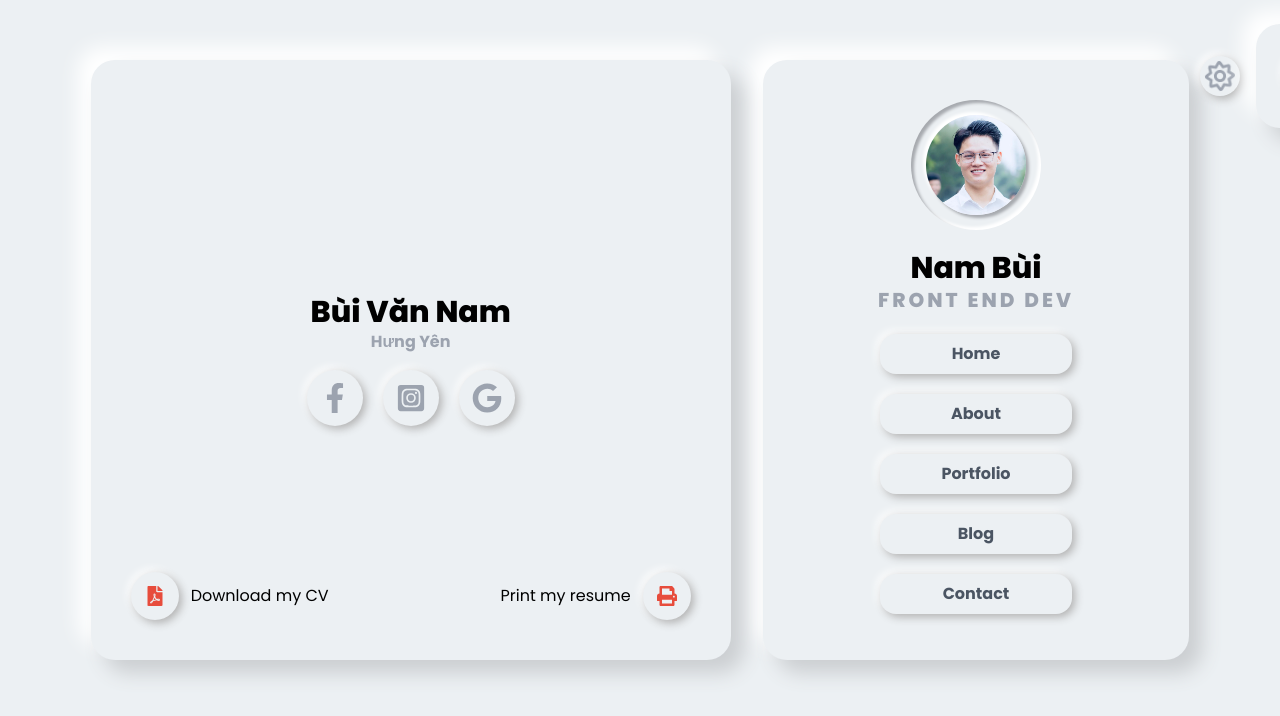
Repository: nambui98/profile_v2
Page: /
The author's editor kept a copy of each file at every save. The page is drawn from the files as they stood at one save, then again after the next save.
The browser window is 1280 px wide. The pictures show the whole page.
The project was rebuilt for these pictures with package versions that can differ from the ones it lists, and the page was loaded fresh each time.

Above is the page before, as saved 2022-03-11 14:27:29.

### src/index.tsx
import React from 'react';
import ReactDOM from 'react-dom';
import './index.scss';
import App from './App';
import reportWebVitals from './reportWebVitals';
import { ThemeProvider } from './containers/ThemeContext';
import Background from './containers/Background';
import Toggle from './containers/ThemeToggle';
import Setting from './containers/Setting';
import { Example } from './components/menu/example';

ReactDOM.render(
  <React.StrictMode>
    <ThemeProvider>
      <Background>
        <div className="fixed right-0 top-0 mr-4 mt-2 md:mt-6 z-10">
          <Setting />
        </div>
        <Example />
        <App />
      </Background>
    </ThemeProvider>
  </React.StrictMode>,
  document.getElementById('root')
);

// If you want to start measuring performance in your app, pass a function
// to log results (for example: reportWebVitals(console.log))
// or send to an analytics endpoint. Learn more: https://bit.ly/CRA-vitals
reportWebVitals();

### src/index.scss
@tailwind base;
@tailwind components;
@tailwind utilities;
@import url('https://fonts.googleapis.com/css2?family=Poppins:wght@100;200;300;400;500;600;700;800;900&display=swap');
* {
    padding: 0;
    margin: 0;
}
@layer utilities {
    .btn-shadow{
    box-shadow: 3px 3px 8px #b1b1b1,
                -3px -3px 8px #fff;
    // width: 50px;
    // height: 50px;
    cursor: pointer;
    position: relative;
    display: flex;
    justify-content: center;
    align-items: center;
    outline:none;
    -webkit-tap-highlight-color: transparent;
    &:focus{
         outline:none;
         border-radius: 50%;
    }
    svg{
        transition: all 0.3s ease-in-out;
    }
    &::after{
        content: '';
        transition: opacity 0.3s ease-in-out;
        position: absolute;
        right: 0;
        top: 0;
        z-index: 2;
        width: 100%;
        height: 100%;
        opacity: 0;
        border-radius: inherit;
        outline:none;
        box-shadow:inset 3px 3px 8px #b1b1b1,
                inset -3px -3px 8px #fff;

    }
    &.fb{
        &:hover{
            box-shadow:none;
            &::after{
                opacity: 1;
            }
            svg{
                fill: #4267B2;
            }
        }
    }
     &.itg{
        &:hover{
            box-shadow:none;
            &::after{
                opacity: 1;
            }
            svg{
                fill: #e74c3c;
            }
        }
    }
    &.gg{
        &:hover{
            box-shadow:none;
            &::after{
                opacity: 1;
            }
            svg{
                fill: #4267B2;
            }
        }
    }
    &:hover{
        box-shadow:none;
        &::after{
            opacity: 1;
        }
        svg{
            fill: #e74c3c;
        }
    }
    &-dark{
        box-shadow: 5px 5px 10px #202020,
             -5px -5px 10px #2c2c2c;
        &::after{
            box-shadow:inset 5px 5px 10px #202020,
        inset -5px -5px 10px #2c2c2c;
        }
        &-50{
            box-shadow:  4px 4px 8px #202020,
                        -4px -4px 8px #2c2c2c;
                        &::after{
            box-shadow:inset 5px 5px 10px #202020,
        inset -5px -5px 10px #2c2c2c;

        }
         &:hover{
        box-shadow:none;
        &::after{
            opacity: 1;
        }
        svg{
            fill: #e74c3c;
        }
    }
        }
         &:hover{
        box-shadow:none;
        &::after{
            opacity: 1;
        }
        svg{
            fill: #e74c3c;
        }
    }
    }
}

.btn-shadow-darklight{
    box-shadow: 3px 3px 8px #b1b1b1,
                -3px -3px 8px #fff;
    // width: 50px;
    // height: 50px;
    cursor: pointer;
    position: relative;
    display: flex;
    justify-content: center;
    align-items: center;
    transition: all 0.3s ease-in-out;
    svg{
        transition: all 0.3s ease-in-out;
    }
    &::after{
        content: '';
        position: absolute;
        right: 0;
        top: 0;
        z-index: 2;
        width: 100%;
        height: 100%;
        opacity: 0;
        border-radius: 50%;
        box-shadow:inset 3px 3px 8px #b1b1b1,
                inset -3px -3px 8px #fff;

    }
    &:hover{
        box-shadow:none;
        &::after{
            opacity: 1;
        }
        svg{
            &.light{

                fill: #FCD34D;
            }
            &.dark{
                fill: #000;

            }
        }
    }
}
.wrap-avatar{
    display: flex;
    align-items: center;
    justify-content: center;
    width: 130px;
    height: 130px;
    border: none;
    border-radius: 50%;
    margin: 0 auto;
    box-shadow:
    inset 3px 3px 3px #a7aaaf,
    /* top left */
    inset -3px -3px 3px #fff;
    &-dark{
        box-shadow: inset 5px 5px 10px #202020, inset -5px -5px 10px #2c2c2c;
        img{
            box-shadow: 5px 5px 10px #202020,
             -5px -5px 10px #2c2c2c;
        }
    }
    .avatar{
        position: relative;
        // margin: 30px;
        width: 100px;
        height: 100px;
        img{
            position: absolute;
            top: 0;
            left: 0;
            height: 100%;
            width: 100%;
            object-fit: cover;
            border-radius: 50%;
            box-shadow:
            3px 3px 3px #a7aaaf,
            -3px -3px 3px #fff
        }
    }
}
.t-8{
    top:2rem;
}
}
.bg-app{
    background-color: #ecf0f3;
}





.setting{
    position: absolute !important;
}
.btn-shadow_action{
    border: none;
    color: #090909;
    padding: 0.7em 1.7em;
    font-size: 18px;
    border-radius: 0.5em;
    background: #e8e8e8;
    border: 1px solid #e8e8e8;
    transition: all .3s;
    box-shadow: 6px 6px 12px #c5c5c5,
                -6px -6px 12px #ffffff;
                &:hover{
                    color: #666;
 box-shadow: inset 4px 4px 12px #c5c5c5,
             inset -4px -4px 12px #ffffff;
                }
}

### src/App.tsx
import React from 'react';
import logo from './logo.svg';
import { FaFacebookF, FaFilePdf, FaGoogle, FaInstagram, FaInstagramSquare, FaPrint, FaRegSun } from "react-icons/fa";
import './App.scss';
import { Avatar } from './assets';
const colors = require('tailwindcss/colors')
function App() {
  return (
    <div className="App">
      <div className="flex h-screen w-screen items-center justify-center">
        <div className="flex w-full items-start justify-center" style={{ height: "600px" }}>
          <div className="relative rounded-3xl md:w-6/12 sm:w-10/12 smx:w-10/12 p-6 h-full mx-4 bg-app dark:bg-neutral-800 shadow-3xl dark:shadow-3xl-dark flex justify-center items-center flex-col">
            <h1 className="text-black dark:text-white text-3xl text-center font-extrabold">Bùi Văn Nam</h1>
            <p className="text-gray-400 dark:text-white tracking-widest font-bold">Hưng Yên</p>
            <div className="flex mt-4">
              <a href='https://www.facebook.com/songoku.bui/' target="_blank" className="btn-shadow dark:btn-shadow-dark fb rounded-full text-center w-14 h-14"><FaFacebookF className="text-3xl" fill={colors.coolGray[400]} /></a>
              <a href='https://www.instagram.com/nambui27/' target="_blank" className="btn-shadow dark:btn-shadow-dark itg rounded-full text-center w-14 h-14 mx-5"><FaInstagramSquare className="text-3xl" fill={colors.coolGray[400]} /></a>
              <a href='mailto:bvnam98@gmail.com' target="_blank" className="btn-shadow dark:btn-shadow-dark gg rounded-full text-center w-14 h-14"><FaGoogle className="text-3xl" fill={colors.coolGray[400]} /></a>
            </div>
            <div className="absolute bottom-10 2xl:right-20 2xl:left-20 md:right-10 md:left-10 flex items-center justify-between">
              <span className="flex items-center">
                <a
                  href='https://www.topcv.vn/xem-cv/UwJcB1FVVgBUCw5SAlpSBAtTBFJVXwlUVwJTVw0902'
                  className="btn-shadow dark:btn-shadow-dark rounded-full text-center w-12 h-12"
                ><FaFilePdf className="text-xl" fill={"#e74c3c"} />
                </a>
                <span className="ml-3 dark:text-white">Download my CV</span></span>
              <span className="flex flex-row-reverse items-center"><button className="btn-shadow dark:btn-shadow-dark rounded-full text-center w-12 h-12"><FaPrint className="text-xl" fill={"#e74c3c"} /></button><span className="mr-3 dark:text-white">Print my resume</span></span>
            </div>
          </div>
          <div className="rounded-3xl w-4/12 md:flex sm:hidden smx:hidden h-full mx-4 bg-app shadow-3xl dark:bg-neutral-800 dark:shadow-3xl-dark flex items-center flex-col py-10 px-6">
            <div className="wrap-avatar dark:wrap-avatar-dark">
              <div className="avatar">
                <img src={Avatar} alt="" />
              </div>
            </div>
            <h1 className="text-black dark:text-white font-extrabold tracking-widest text-3xl mt-5">Nam Bùi</h1>
            <h1 className="text-gray-400 dark:text-white font-extrabold tracking-max text-xl">FRONT END DEV</h1>
            <ul>
              <li className="text-gray-600 dark:text-white font-bold btn-shadow dark:btn-shadow-dark w-48 h-10 rounded-2xl mt-5">Home</li>
              <li className="text-gray-600 dark:text-white font-bold btn-shadow dark:btn-shadow-dark w-48 h-10 rounded-2xl mt-5">About</li>
              <li className="text-gray-600 dark:text-white font-bold btn-shadow dark:btn-shadow-dark w-48 h-10 rounded-2xl mt-5">Portfolio</li>
              <li className="text-gray-600 dark:text-white font-bold btn-shadow dark:btn-shadow-dark w-48 h-10 rounded-2xl mt-5">Blog</li>
              <li className="text-gray-600 dark:text-white font-bold btn-shadow dark:btn-shadow-dark w-48 h-10 rounded-2xl mt-5">Contact</li>
            </ul>
          </div>

        </div>
      </div>
    </div>
  );
}

export default App;

### src/containers/ThemeContext/index.tsx
import React, { createContext, useContext } from 'react';
export enum Theme {
    Dark = 'Dark',
    Light = 'Light',
}

export type ThemeContextType = {
    theme: Theme;
    setTheme: (Theme: Theme) => void;
}
const getInitialTheme = () => {
    if (typeof window !== 'undefined' && window.localStorage) {
        const storedPrefs = window.localStorage.getItem('color-theme');
        if (typeof storedPrefs === 'string') {
            return storedPrefs;
        }

        const userMedia = window.matchMedia('(prefers-color-scheme: dark)');
        if (userMedia.matches) {
            return 'dark';
        }
    }

    return 'light' // light theme as the default;
};

export const ThemeContext = createContext<ThemeContextType>({ theme: Theme.Dark, setTheme: theme => console.warn('no theme provider') });
export const useTheme = () => useContext(ThemeContext);
export const ThemeProvider = ({ initialTheme, children }: any) => {
    const [theme, setTheme] = React.useState<any>(getInitialTheme);

    const rawSetTheme = (rawTheme: any) => {
        const root = window.document.documentElement;
        const isDark = rawTheme === 'dark';

        root.classList.remove(isDark ? 'light' : 'dark');
        root.classList.add(rawTheme);

        localStorage.setItem('color-theme', rawTheme);
    };

    if (initialTheme) {
        rawSetTheme(initialTheme);
    }

    React.useEffect(() => {
        rawSetTheme(theme);
    }, [theme]);

    return (
        <ThemeContext.Provider value={{ theme, setTheme }}>
            {children}
        </ThemeContext.Provider>
    );
};

### src/containers/Background/index.jsx
import React from 'react';

const Background = ({ children }) => {
    return (
        <body className="bg-app dark:bg-neutral-800 transition-all">
            {children}
        </body>
    )
}

export default Background;

### src/containers/Setting/index.jsx
import React, { useState } from 'react'
import { FaMoon, FaRegSun, FaSun } from 'react-icons/fa'
import colors from 'tailwindcss/colors'
import { ThemeContext } from '../ThemeContext';
import vietnamimg from '../../assets/img/vietnam.png'
import usaimg from '../../assets/img/united-states.png'
export default function Setting() {
    const { theme, setTheme } = React.useContext(ThemeContext);
    const [active, setActive] = useState(false)
    return (<div className={`relative transform duration-500 ${active ? "translate-x-0" : "translate-x-40"}`}>
        <button className="btn-shadow dark:btn-shadow-dark-50 bg-app dark:bg-neutral-800 setting -left-56 top-8 rounded-full text-center w-10 h-10" onClick={() => setActive(!active)}>
            <FaRegSun class="animate-spin duration-1000 text-3xl" style={{ animationDuration: "2s" }} fill={colors.coolGray[400]} />
        </button>
        <div className={`absolute top-0 right-0 rounded-3xl flex justify-between p-7 shadow-3xl bg-app dark:bg-neutral-800 dark:shadow-3xl-dark`} >
            {/* <div className={`absolute `}> */}

            <button className="mr-2 btn-shadow dark:btn-shadow-dark-50 btn-setting rounded-full text-center w-12 h-12" onClick={() => setTheme(theme === 'dark' ? 'light' : 'dark')}>
                {theme === 'dark' ? (
                    <FaSun
                        className="text-gray-500 dark:text-gray-400 text-2xl cursor-pointer dark"
                    />
                ) : (
                    <FaMoon
                        className="text-gray-500 dark:text-gray-400 text-2xl cursor-pointer light"
                    />
                )}
            </button>
            <button className="ml-2 btn-setting rounded-full text-center w-12 h-12">
                <img src={vietnamimg} alt="" />
                {/* <FaRegSun class="animate-spin duration-1000 text-3xl" style={{ animationDuration: "2s" }} fill={colors.coolGray[400]} /> */}
            </button>
            {/* </div> */}
        </div>
    </div>
    )
}

### src/components/menu/example.jsx
import * as React from "react";
import { useRef } from "react";
import { motion, useCycle } from "framer-motion";
import { useDimensions } from "./use-dimentions";
import { MenuToggle } from "./menuToggle";
import { Navigation } from "./navigation";
import "./styles.scss"

const sidebar = {
  open: (height = 1000) => ({
    clipPath: `circle(${height * 2 + 200}px at 40px 40px)`,
    transition: {
      type: "spring",
      stiffness: 20,
      restDelta: 2
    }
  }),
  closed: {
    clipPath: "circle(30px at 40px 40px)",
    transition: {
      delay: 0.5,
      type: "spring",
      stiffness: 400,
      damping: 40
    }
  }
};

export const Example = () => {
  const [isOpen, toggleOpen] = useCycle(false, true);
  const containerRef = useRef(null);
  const { height } = useDimensions(containerRef);

  return (
    <motion.nav
      initial={false}
      animate={isOpen ? "open" : "closed"}
      custom={height}
      className="menu dark:menu-dark sm:block md:hidden"
      ref={containerRef}
    >
      <motion.div className="background" variants={sidebar} />
      <Navigation />
      <MenuToggle toggle={() => toggleOpen()} />
    </motion.nav>
  );
};

### src/assets/index.ts
import Avatar from './img/Logo.jpg'
export {
    Avatar
}

### src/components/menu/menuToggle.jsx
import * as React from "react";
import { motion } from "framer-motion";
import { ThemeContext } from "../../containers/ThemeContext";

const Path = props => {
  const { theme, setTheme } = React.useContext(ThemeContext);
  return (

    <motion.path
      fill=""
      strokeWidth="3"
      stroke={theme === 'dark' ? "#fff" : "#262626"}
      strokeLinecap="round"
      {...props}
    />
  )
};

export const MenuToggle = ({ toggle }) => (
  <button onClick={toggle} className="btn-shadow dark:btn-shadow-dark t-8">
    <svg width="23" height="23" viewBox="0 0 23 23" fill="#fff">
      <Path
        fill="#fff"
        variants={{
          closed: { d: "M 2 2.5 L 20 2.5" },
          open: { d: "M 3 16.5 L 17 2.5" }
        }}
      />
      <Path
        d="M 2 9.423 L 20 9.423"
        variants={{
          closed: { opacity: 1 },
          open: { opacity: 0 }
        }}
        transition={{ duration: 0.1 }}
      />
      <Path
        variants={{
          closed: { d: "M 2 16.346 L 20 16.346" },
          open: { d: "M 3 2.5 L 17 16.346" }
        }}
      />
    </svg>
  </button>
);

### src/components/menu/navigation.jsx
import * as React from "react";
import { motion } from "framer-motion";
import { MenuItem } from "./menuItem";

const variants = {
  open: {
    transition: { staggerChildren: 0.07, delayChildren: 0.2 }
  },
  closed: {
    transition: { staggerChildren: 0.05, staggerDirection: -1 }
  }
};

export const Navigation = () => (
  <motion.ul className="" variants={variants}>
    {itemIds.map((item, index) => (
      <MenuItem i={index} key={index} item={item} />
    ))}
  </motion.ul>
);

const itemIds = [
  {
    path: "/",
    name: "Home"
  },
  {
    path: "/",
    name: "About"
  },
  {
    path: "/",
    name: "Portfolio"
  },
  {
    path: "/",
    name: "Blog"
  },
  {
    path: "/",
    name: "Contact"
  },
];

### src/components/menu/styles.scss
@tailwind base;
@tailwind components;
@tailwind utilities;
@layer utilities {

  .menu{
      nav {
        position: absolute;
        top: 0;
        left: 0;
        bottom: 0;
        width: 300px;

      }
      &-dark{
        .background{

          background: #262626;

          box-shadow: 3px 3px 8px #202020,-3px -3px 8px #2c2c2c ;
        }
        button{
          box-shadow: 5px 5px 10px #202020,
                  -5px -5px 10px #2c2c2c;
          // color:#fff
          background: #262626;
        }
      }
      .background {
        position: absolute;
        top: 0;
        left: 0;
        bottom: 0;
        z-index: 1;
        width: 300px;
        background: #ecf0f3;

        box-shadow: 3px 3px 8px #b1b1b1,
                  -3px -3px 8px #fff;

      }

      button {
        outline: none;
        box-shadow: 3px 3px 8px #b1b1b1,
                  -3px -3px 8px #fff;
        border: none;
        -webkit-user-select: none;
        -moz-user-select: none;
        -ms-user-select: none;
        cursor: pointer;
        position: absolute;
        // top: 18px;
        left: 15px;
        width: 50px;
        height: 50px;
        border-radius: 50%;
        z-index: 2;
        background: #ecf0f3;
        display: flex;
        align-items: center;
        justify-content: center;
      }

      ul,
      li {
        margin: 0;
        padding: 0;
      }

      ul {
        padding: 25px;
        position: absolute;
        top: 100px;
        width: 230px;
        z-index: 2;
      }

      li {
        list-style: none;
        margin-bottom: 20px;
        display: flex;
        align-items: center;
        cursor: pointer;
      }

      .icon-placeholder {
        width: 40px;
        height: 40px;
        border-radius: 50%;
        flex: 40px 0;
        margin-right: 20px;
      }

      .text-placeholder {
        border-radius: 5px;
        width: 200px;
        padding: 8px 20px;
        flex: 1;
      }

      .refresh {
        padding: 10px;
        position: absolute;
        background: rgba(0, 0, 0, 0.4);
        border-radius: 10px;
        width: 20px;
        height: 20px;
        top: 10px;
        right: 10px;
        display: flex;
        justify-content: center;
        align-items: center;
        cursor: pointer;
      }

  }
}

### src/components/menu/menuItem.jsx
import * as React from "react";
import { motion } from "framer-motion";

const variants = {
  open: {
    y: 0,
    opacity: 1,
    transition: {
      y: { stiffness: 1000, velocity: -100 }
    }
  },
  closed: {
    y: 50,
    opacity: 0,
    transition: {
      y: { stiffness: 1000 }
    }
  }
};

const colors = ["#FF008C", "#D309E1", "#9C1AFF", "#7700FF", "#4400FF"];

export const MenuItem = ({ i, item }) => {
  const style = { border: `2px solid ${colors[i]}` };
  return (
    <motion.li
      variants={variants}
      whileHover={{ scale: 1.1 }}
      whileTap={{ scale: 0.95 }}
    >
      {/* <div className="icon-placeholder" style={style} /> */}
      <div className="text-placeholder" style={style}>{item.name}</div>
    </motion.li>
  );
};

### tailwind.config.js
const defaultTheme = require('tailwindcss/defaultTheme')
module.exports = {
  content: [
    "./src/**/*.{js,jsx,ts,tsx}",
  ],
  darkMode: 'class',
  theme: {
    screens: {

      // 'md': { 'max': '767px' },
      // => @media (max-width: 767px) { ... }

      'smx': { 'max': '639px' },
      // => @media (max-width: 639px) { ... }
      ...defaultTheme.screens,
    },
    extend: {},
    fontFamily: {
      sans: ['Poppins', 'sans-serif'],
      serif: ['Merriweather', 'serif'],
    },
    boxShadow: {
      '3xl': '13px 13px 20px #cbced1, -13px -13px 20px #fff',
      '3xl-dark': '13px 13px 20px #202020,-13px -13px 20px #2c2c2c ',
      'btn-shadow': '5px 5px 10px #202020,-5px -5px 10px #2c2c2c',
      'btn-shadow-5xl': '5px 5px 10px #1c1c1c,-5px -5px 10px #303030',
      '4xl': '12px 12px 25px #202020,-12px -12px 25px #2c2c2c',
    },
    letterSpacing: {
      max: '3px'
    }
  },
  variants: {
    extend: {},
  },
  plugins: [],
}

Loaded but not shown: public/index.html (common file); src/reportWebVitals.ts (common file); src/App.scss (common file); src/components/menu/use-dimentions.js (common file)

After the next save:
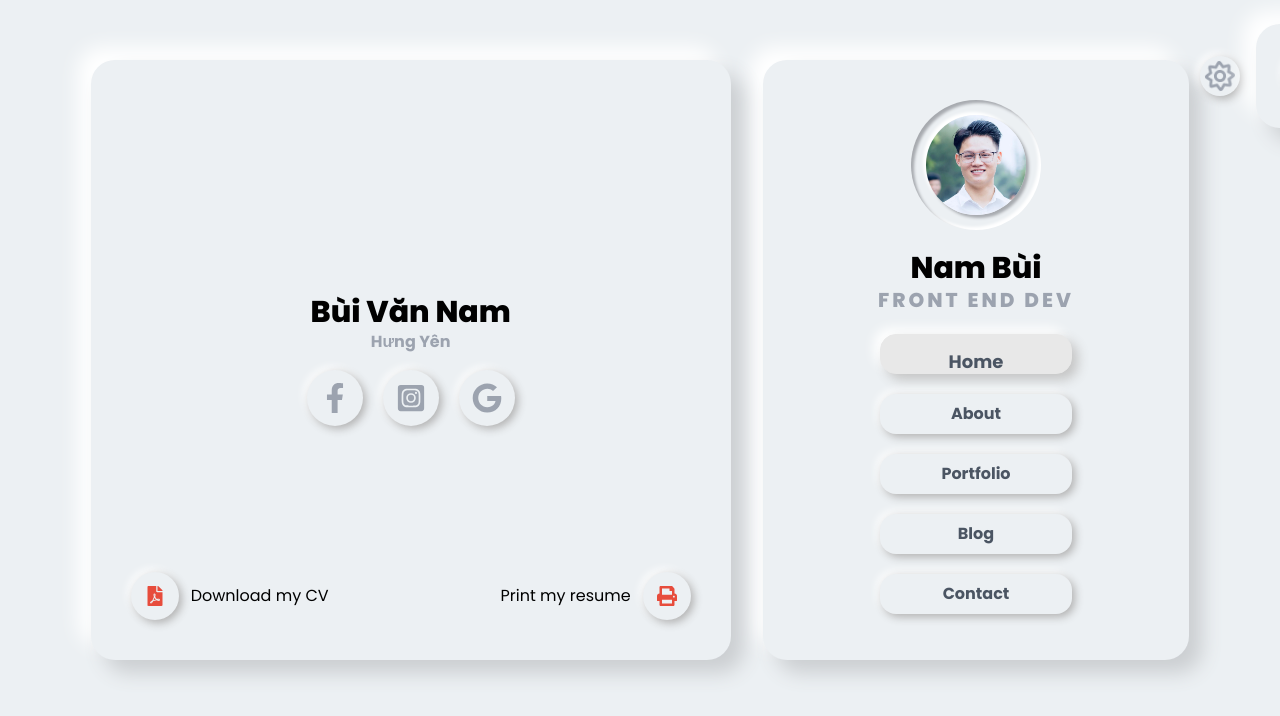
Saved 7 s later.
--- a/src/App.tsx
+++ b/src/App.tsx
@@ -37,7 +37,7 @@ function App() {
             <h1 className="text-black dark:text-white font-extrabold tracking-widest text-3xl mt-5">Nam Bùi</h1>
             <h1 className="text-gray-400 dark:text-white font-extrabold tracking-max text-xl">FRONT END DEV</h1>
             <ul>
-              <li className="text-gray-600 dark:text-white font-bold btn-shadow dark:btn-shadow-dark w-48 h-10 rounded-2xl mt-5">Home</li>
+              <li className="text-gray-600 dark:text-white font-bold btn-shadow_action dark:btn-shadow-dark w-48 h-10 rounded-2xl mt-5">Home</li>
               <li className="text-gray-600 dark:text-white font-bold btn-shadow dark:btn-shadow-dark w-48 h-10 rounded-2xl mt-5">About</li>
               <li className="text-gray-600 dark:text-white font-bold btn-shadow dark:btn-shadow-dark w-48 h-10 rounded-2xl mt-5">Portfolio</li>
               <li className="text-gray-600 dark:text-white font-bold btn-shadow dark:btn-shadow-dark w-48 h-10 rounded-2xl mt-5">Blog</li>
